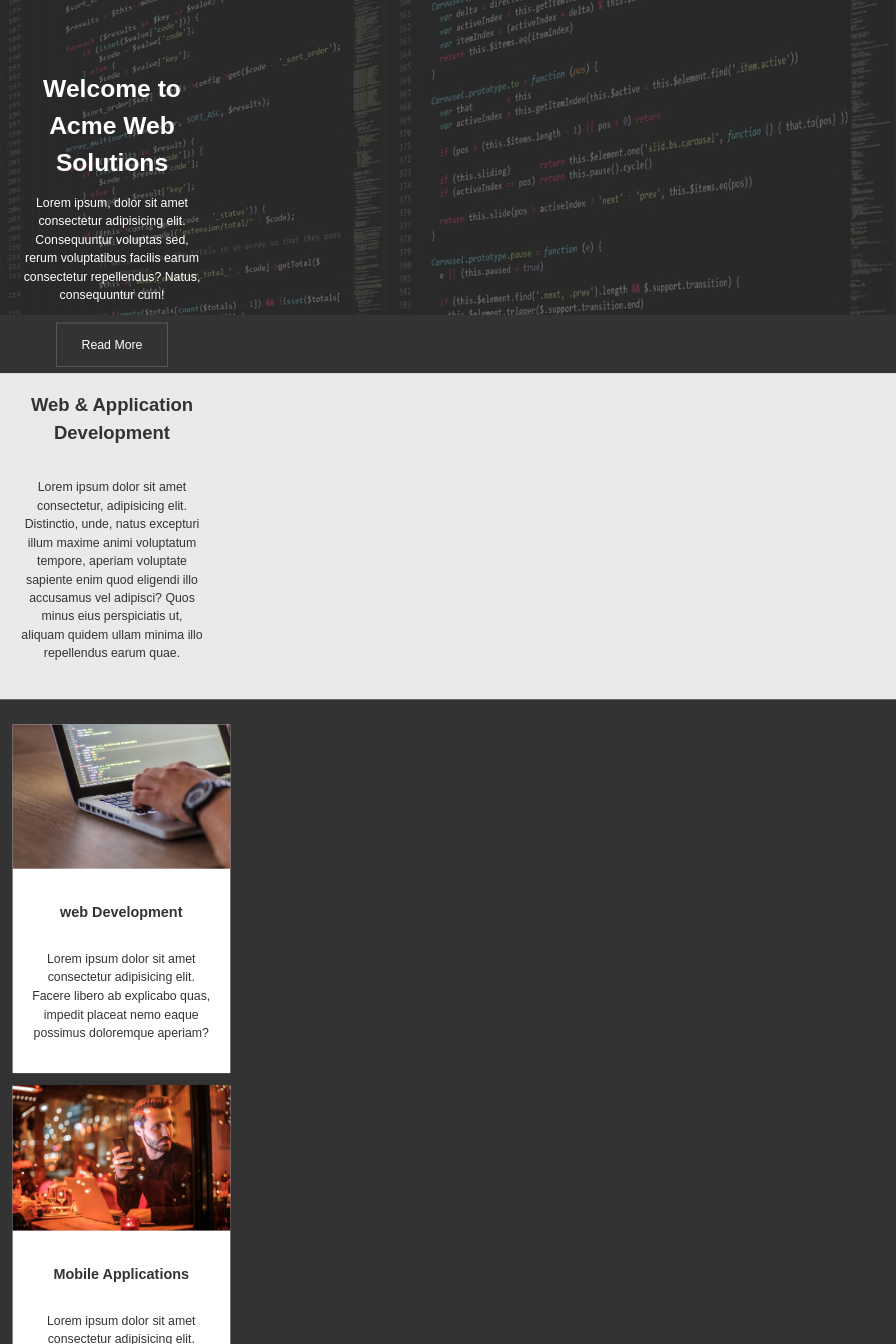
Repository: ErikBaer/MobileFirst
Page: index.html
An editor plug-in stored every save of this project. The page is shown before and after the next save, followed by the edit.
The browser window is 1280 px wide. The pictures show the part of the page from y = 0 to 1920 px (the page is 3552 px tall before and 3641 px after), at 70% of full size.

Above is the page before, as saved 2020-02-15 03:30:43.

After the next save:
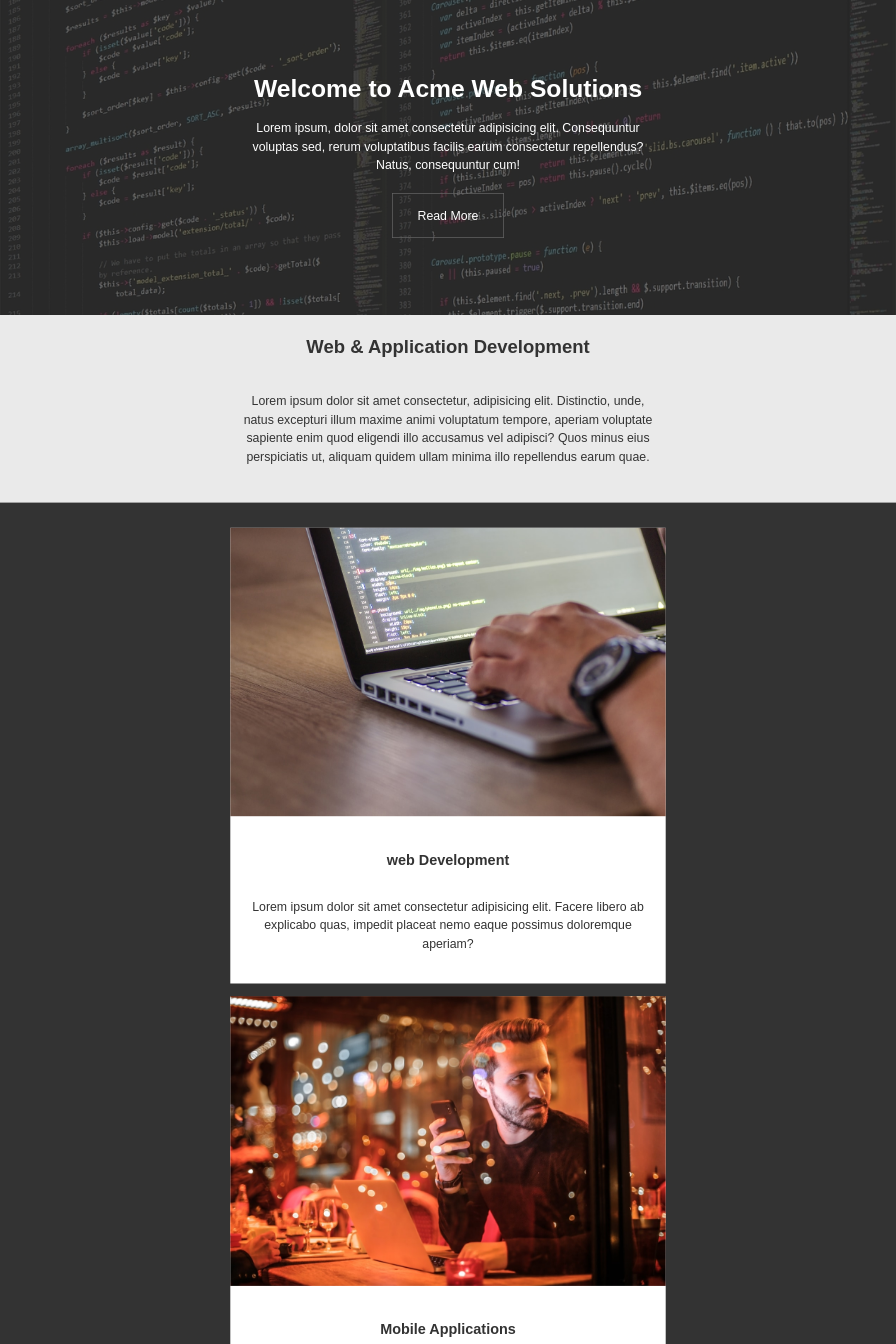
Saved 88 s later.
--- a/style.css
+++ b/style.css
@@ -142,4 +142,9 @@ p {
         display: grid;
         grid-template-columns: 1fr 1fr 1fr 1fr;
     }
+
+    .content-wrap,
+     #section-b ul {
+         grid-column: 2/4;
+     }
 }
